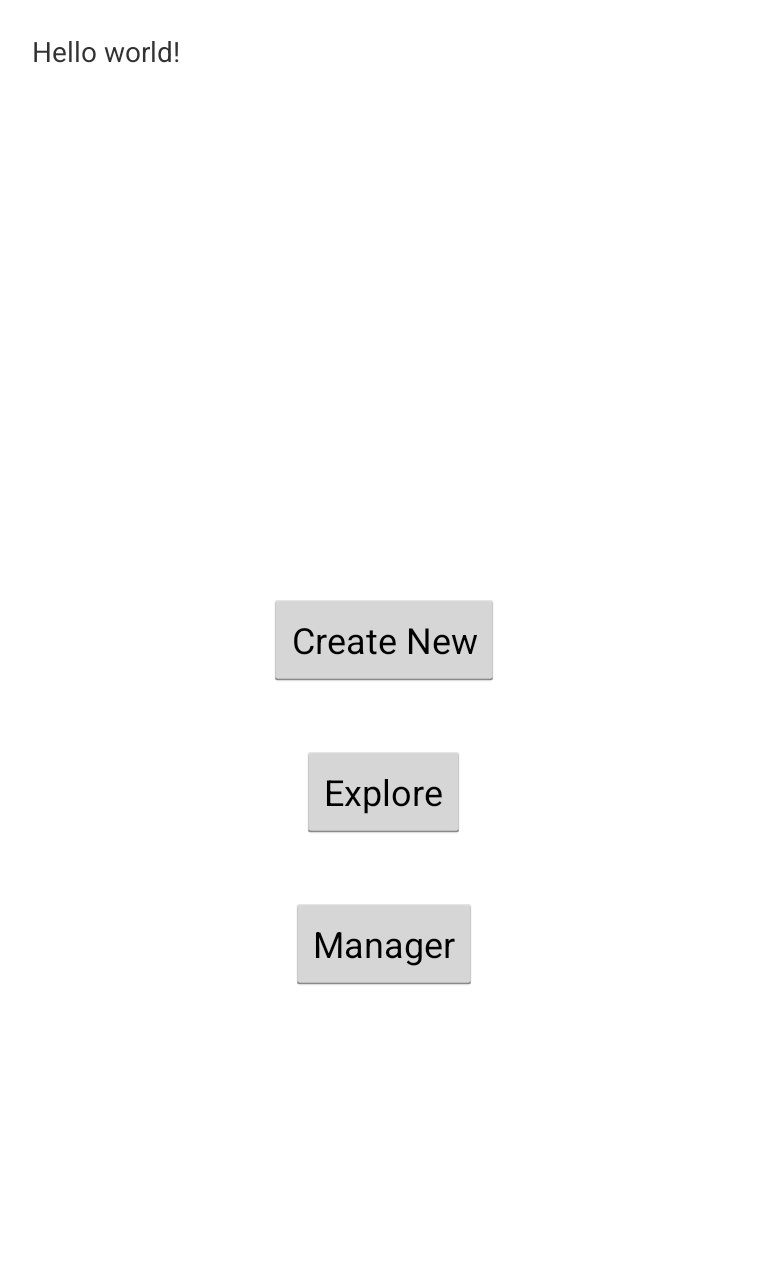
Repository: yj354/alwaysonworkspace
Layout: ListyTasky001/res/layout/activity_main.xml
The author's editor kept a copy of each file at every save. The layout is drawn from the files as they stood at one save, then again after the next save.
It is drawn on a 768 x 1280 px phone screen (xhdpi) without system bars, with theme AppTheme; the app's code is not run.

Above is the layout before, as saved 2014-02-23 14:15:24.

### ListyTasky001/res/layout/activity_main.xml
<RelativeLayout xmlns:android="http://schemas.android.com/apk/res/android"
    xmlns:tools="http://schemas.android.com/tools"
    android:layout_width="match_parent"
    android:layout_height="match_parent"
    android:paddingBottom="@dimen/activity_vertical_margin"
    android:paddingLeft="@dimen/activity_horizontal_margin"
    android:paddingRight="@dimen/activity_horizontal_margin"
    android:paddingTop="@dimen/activity_vertical_margin"
    tools:context=".MainActivity" >

    <TextView
        android:layout_width="wrap_content"
        android:layout_height="wrap_content"
        android:text="@string/hello_world" />

    <Button
        android:id="@+id/button1.0"
        android:layout_width="wrap_content"
        android:layout_height="wrap_content"
        android:layout_centerHorizontal="true"
        android:layout_centerVertical="true"
        android:text="Create New" />

    <Button
        android:id="@+id/button1.1"
        android:layout_width="wrap_content"
        android:layout_height="wrap_content"
        android:layout_below="@+id/button1.0"
        android:layout_centerHorizontal="true"
        android:layout_marginTop="28dp"
        android:text="Explore" />

    <Button
        android:id="@+id/button1.2"
        android:layout_width="wrap_content"
        android:layout_height="wrap_content"
        android:layout_below="@+id/button1.1"
        android:layout_centerHorizontal="true"
        android:layout_marginTop="28dp"
        android:text="Manager" />

</RelativeLayout>

### ListyTasky001/res/values/strings.xml
<?xml version="1.0" encoding="utf-8"?>
<resources>

    <string name="app_name">Listy Tasky 001</string>
    <string name="action_settings">Settings</string>
    <string name="hello_world">Hello world!</string>

</resources>

Loaded but not shown: ListyTasky001/res/values/styles.xml (common file); ListyTasky001/res/values-v11/styles.xml (common file); ListyTasky001/res/values-v14/styles.xml (common file); ListyTasky001/res/values/dimens.xml (common file)

After the next save:
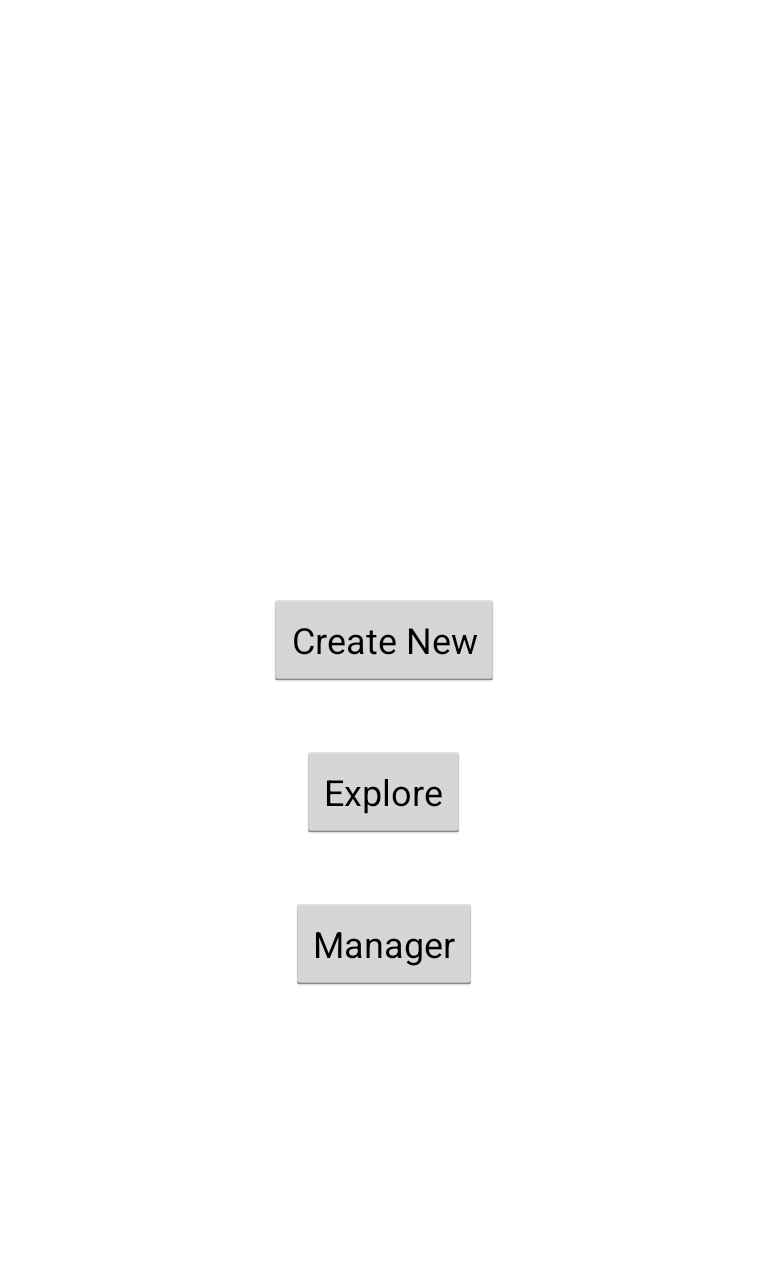
Saved 30 s later.
--- a/ListyTasky001/res/layout/activity_main.xml
+++ b/ListyTasky001/res/layout/activity_main.xml
@@ -8,10 +8,6 @@
     android:paddingTop="@dimen/activity_vertical_margin"
     tools:context=".MainActivity" >
 
-    <TextView
-        android:layout_width="wrap_content"
-        android:layout_height="wrap_content"
-        android:text="@string/hello_world" />
 
     <Button
         android:id="@+id/button1.0"
